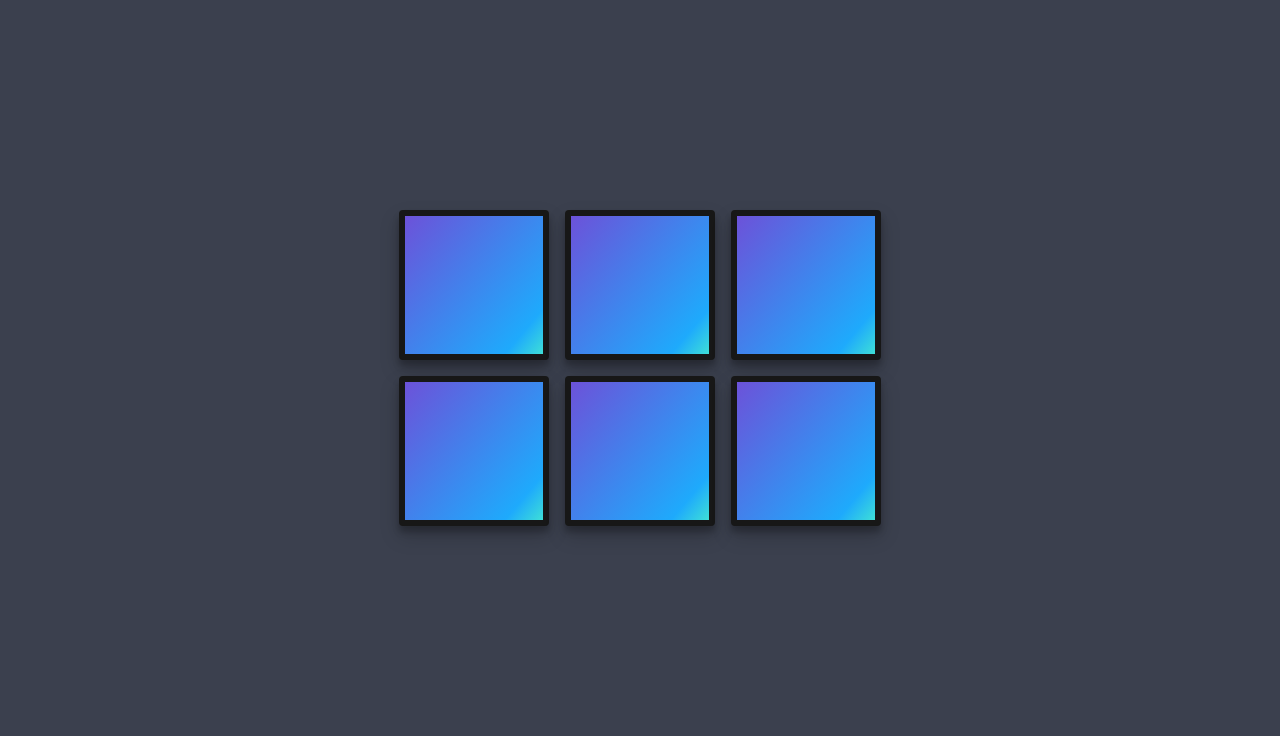
Repository: mariocapitbrok/css-grid
Page: index.html
An editor plug-in stored every save of this project. The page is shown before and after the next save, followed by the edit.
The browser window is 1280 px wide. The pictures show the whole page.

Above is the page before, as saved 2022-12-29 13:22:53.

### index.html
<!DOCTYPE html>
<html lang="en">
<head>
  <meta charset="UTF-8">
  <meta http-equiv="X-UA-Compatible" content="IE=edge">
  <meta name="viewport" content="width=device-width, initial-scale=1.0">
  <link rel="stylesheet" href="styles.css">
  <title>Grid and Flexbox</title>
</head>
<body>
  <div class="container">
    <div class="item item1"></div>
    <div class="item item2"></div>
    <div class="item item3"></div>
    <div class="item item4"></div>
    <div class="item item5"></div>
    <div class="item item6"></div>
  </div>
</body>
</html>

### styles.css
body {
  background-color: #3b404e;
  height: 100vh;
  display: flex;
  justify-content: center;
  align-items: center;
}

.container {
  display: grid;
  grid-template-columns: 150px 150px 150px;
  grid-template-rows: 150px 150px;
  grid-gap: 1rem;
}

.item {
  background-color: #1EAAFC;
  background-image: linear-gradient(130deg, #6C52D9 0%, #1EAAFC 85%, #3EDFD7 100%);
  box-shadow: 0 10px 20px rgba(0, 0, 0, 0.188), 0 6px 6px rgba(0, 0, 0, 0.231);
  color: #fff;
  border-radius: 4px;
  border: 6px solid #171717
}

After the next save:
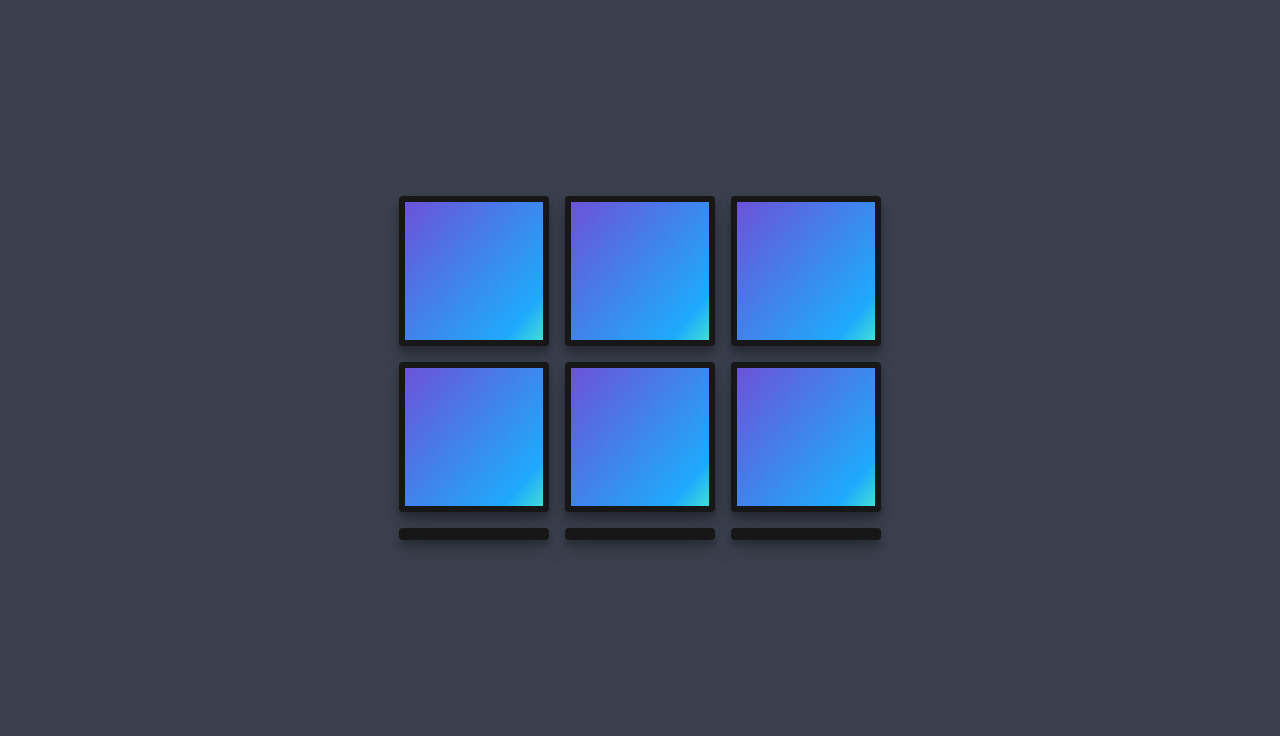
Saved 46 s later.
--- a/index.html
+++ b/index.html
@@ -15,6 +15,9 @@
     <div class="item item4"></div>
     <div class="item item5"></div>
     <div class="item item6"></div>
+    <div class="item item1"></div>
+    <div class="item item2"></div>
+    <div class="item item3"></div>
   </div>
 </body>
 </html>
